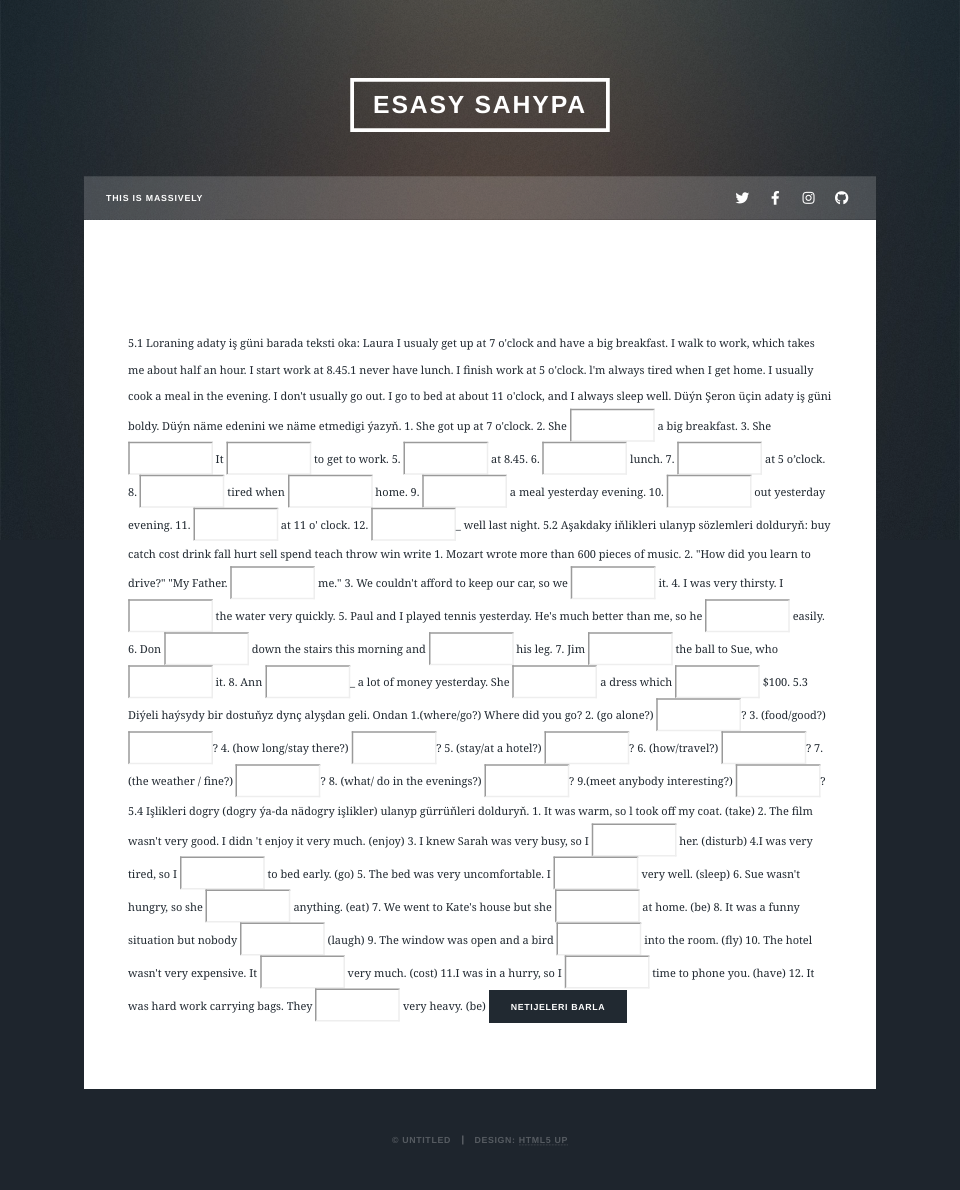
Repository: Sahet-dev/English-grammar-app
Page: test/test_unit _5.html
The author's editor kept a copy of each file at every save. The page is drawn from the files as they stood at one save, then again after the next save.
The browser window is 1280 px wide. The pictures show the whole page, at 75% of full size.
Some web fonts or font styles are not loaded; a fallback is used.

Above is the page before, as saved 2022-06-24 14:31:43.

### test/test_unit _5.html
<!DOCTYPE HTML>
<!--
	Massively by HTML5 UP
	html5up.net | @ajlkn
	Free for personal and commercial use under the CCA 3.0 license (html5up.net/license)
-->
<html>
	<head>
		<title>Test </title>
		<meta charset="utf-8" />
		<meta name="viewport" content="width=device-width, initial-scale=1, user-scalable=no" />
		<link rel="stylesheet" href="../assets/css/test.css" />
		<noscript><link rel="stylesheet" href="../assets/css/noscript.css" /></noscript>
	</head>
	<body class="is-preload">

		<!-- Wrapper -->
			<div id="wrapper">

				<!-- Header -->
					<header id="header">
						<a href="index.html" class="logo">Esasy Sahypa</a>
					</header>

				<!-- Nav -->
					<nav id="nav">
						<ul class="links">
							<li><a href="units/.html">This is Massively</a></li>

						</ul>
						<ul class="icons">
							<li><a href="#" class="icon brands fa-twitter"><span class="label">Twitter</span></a></li>
							<li><a href="#" class="icon brands fa-facebook-f"><span class="label">Facebook</span></a></li>
							<li><a href="#" class="icon brands fa-instagram"><span class="label">Instagram</span></a></li>
							<li><a href="#" class="icon brands fa-github"><span class="label">GitHub</span></a></li>
						</ul>
					</nav>

				<!-- Main -->
					<div id="main">

						<!-- Post -->
							<section class="post">
								<header class="major">
									<h2>


									</h2>
								</header>

								<!-- Text stuff -->

									<p>
										<form action="results-unit-1.php" method="post">


											5.1

											Loraning adaty iş güni barada teksti oka:

											Laura

											I usualy get up at 7 o'clock and have a big breakfast. I walk to
											work, which takes me about half an hour. I start work at 8.45.1
											never have lunch. I finish work at 5 o'clock. l'm always tired when
											I get home. I usually cook a meal in the evening. I don't usually
											go out. I go to bed at about 11 o'clock, and I always sleep well.

											Düýn Şeron üçin adaty iş güni boldy. Düýn näme edenini we näme etmedigi ýazyň.

											1. She got up at 7 o'clock.

											2. She <input type="text" size="7" name="answer" value=""> a big breakfast.

											3. She <input type="text" size="7" name="answer" value="">


											 It <input type="text" size="7" name="answer" value="">  to get to work.

											5. <input type="text" size="7" name="answer" value=""> at 8.45.

											6. <input type="text" size="7" name="answer" value=""> lunch.

											7.  <input type="text" size="7" name="answer" value="">  at 5 o’clock.

											8.  <input type="text" size="7" name="answer" value=""> tired when  <input type="text" size="7" name="answer" value=""> home.

											9. <input type="text" size="7" name="answer" value=""> a meal yesterday evening.

											10. <input type="text" size="7" name="answer" value="">   out yesterday evening.

											11. <input type="text" size="7" name="answer" value="">   at 11 o' clock.

											12.  <input type="text" size="7" name="answer" value="">_  well last night.

											5.2

											Aşakdaky iňlikleri ulanyp sözlemleri dolduryň:

											buy catch cost drink fall hurt sell
											spend teach throw win write

											1. Mozart wrote more than 600 pieces of

											music.

											2. "How did you learn to drive?" "My
											Father. <input type="text" size="7" name="answer" value="">  me."

											3. We couldn't afford to keep our car, so we  <input type="text" size="7" name="answer" value=""> it.

											4. I was very thirsty. I <input type="text" size="7" name="answer" value=""> the water very quickly.

											5. Paul and I played tennis yesterday.
											He's much better than me, so he <input type="text" size="7" name="answer" value="">  easily.

											6. Don <input type="text" size="7" name="answer" value=""> down the stairs this morning and <input type="text" size="7" name="answer" value="">  his leg.

											7. Jim <input type="text" size="7" name="answer" value=""> the ball to Sue, who <input type="text" size="7" name="answer" value=""> it.

											8. Ann <input type="text" size="7" name="answer" value="">_ a lot of money

											yesterday. She <input type="text" size="7" name="answer" value=""> a dress

											which <input type="text" size="7" name="answer" value=""> $100.

											5.3

											Diýeli haýsydy bir dostuňyz dynç alyşdan geli. Ondan

											1.(where/go?) Where did you go?

											2. (go alone?) <input type="text" size="7" name="answer" value="">?

											3. (food/good?) <input type="text" size="7" name="answer" value="">?

											4. (how long/stay there?) <input type="text" size="7" name="answer" value="">?

											5. (stay/at a hotel?) <input type="text" size="7" name="answer" value="">?

											6. (how/travel?) <input type="text" size="7" name="answer" value="">?

											7. (the weather / fine?) <input type="text" size="7" name="answer" value="">?

											8. (what/ do in the evenings?) <input type="text" size="7" name="answer" value="">?

											9.(meet anybody interesting?) <input type="text" size="7" name="answer" value="">?

											5.4

											Işlikleri dogry (dogry ýa-da nädogry işlikler) ulanyp gürrüňleri dolduryň.

											1. It was warm, so l took off my coat. (take)

											2. The film wasn't very good. I didn 't enjoy it
											very much. (enjoy)

											3. I knew Sarah was very busy, so I  <input type="text" size="7" name="answer" value=""> her. (disturb)

											4.I was very tired, so I  <input type="text" size="7" name="answer" value=""> to bed early. (go)

											5. The bed was very uncomfortable. I   <input type="text" size="7" name="answer" value="">  very well. (sleep)

											6. Sue wasn't hungry, so she   <input type="text" size="7" name="answer" value=""> anything. (eat)

											7. We went to Kate's house but

											she  <input type="text" size="7" name="answer" value=""> at home. (be)

											8. It was a funny situation but
											nobody  <input type="text" size="7" name="answer" value=""> (laugh)

											9. The window was open and a bird   <input type="text" size="7" name="answer" value=""> into the room.
											(fly)

											10. The hotel wasn't very expensive.

											It  <input type="text" size="7" name="answer" value=""> very much. (cost)

											11.I was in a hurry, so I  <input type="text" size="7" name="answer" value="">  time to phone you. (have)

											12. It was hard work carrying bags.
											They  <input type="text" size="7" name="answer" value=""> very heavy. (be)



											        <button class="button primary" type="submit">Netijeleri barla</button>
										</form>



									</p>


							</section>

					</div>


				<!-- Copyright -->
					<div id="copyright">
						<ul><li>&copy; Untitled</li><li>Design: <a href="https://html5up.net">HTML5 UP</a></li></ul>
					</div>

			</div>

		<!-- Scripts -->
			<script src="assets/js/jquery.min.js"></script>
			<script src="assets/js/jquery.scrollex.min.js"></script>
			<script src="assets/js/jquery.scrolly.min.js"></script>
			<script src="assets/js/browser.min.js"></script>
			<script src="assets/js/breakpoints.min.js"></script>
			<script src="assets/js/util.js"></script>
			<script src="assets/js/main.js"></script>

	</body>
</html>

Loaded but not shown: assets/js/jquery.min.js (library); assets/js/jquery.scrollex.min.js (common file); assets/js/jquery.scrolly.min.js (common file); assets/js/browser.min.js (common file); assets/js/breakpoints.min.js (common file); assets/css/fontawesome-all.min.css (library); assets/js/util.js (587 lines, source omitted); assets/js/main.js (258 lines, source omitted); assets/css/test.css (4689 lines, source omitted)

After the next save:
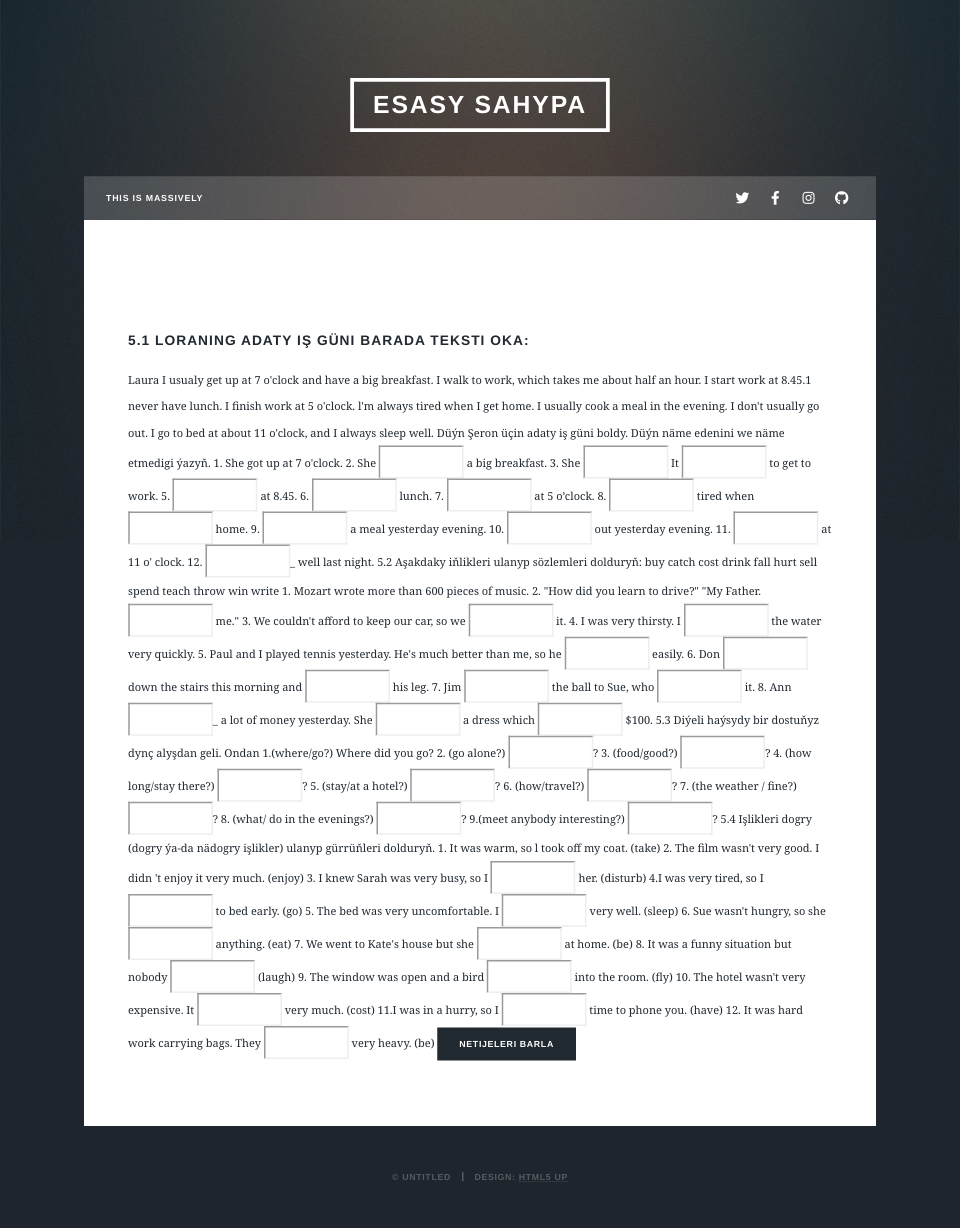
Saved 20 s later.
--- a/test/test_unit _5.html
+++ b/test/test_unit _5.html
@@ -54,10 +54,10 @@
 										<form action="results-unit-1.php" method="post">
 
 
-											5.1
+										<h3>5.1
 
 											Loraning adaty iş güni barada teksti oka:
-
+										</h3>
 											Laura
 
 											I usualy get up at 7 o'clock and have a big breakfast. I walk to
